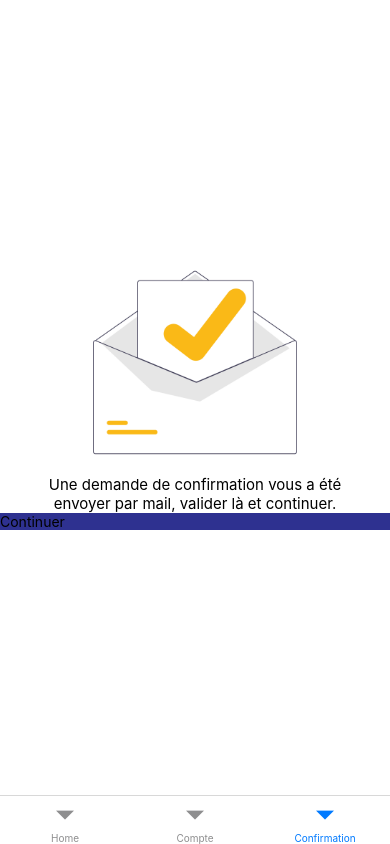
Repository: Norlan-20/Last-Afrilink
Screen: /Confirmation
The author's editor kept a copy of each file at every save. The screen is drawn from the files as they stood at one save, then again after the next save.
The app was drawn by React Native's web renderer in a window 390 px wide. The project was rebuilt for these pictures with package versions that can differ from the ones it lists, and the page was loaded fresh each time. Also part of the build but not shown: screen/User.js.

Above is the screen before, as saved 2021-09-24 22:17:20.

After the next save:
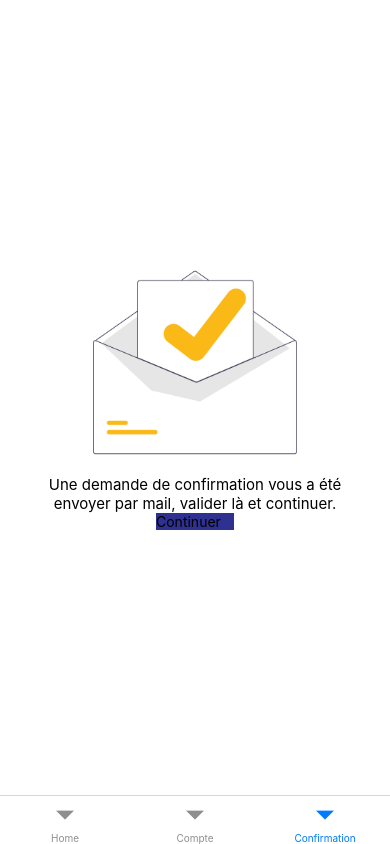
Saved 15 s later.
--- a/component/button.js
+++ b/component/button.js
@@ -7,7 +7,7 @@ const primary = '#2e3190';
 
 export const Continuer = () => {
     return(
-        <TouchableOpacity style={{ backgroundColor: primary, width: width }}>
+        <TouchableOpacity style={{ backgroundColor: primary, width: width / 5 }}>
             <Text>Continuer</Text>
         </TouchableOpacity>
     );
